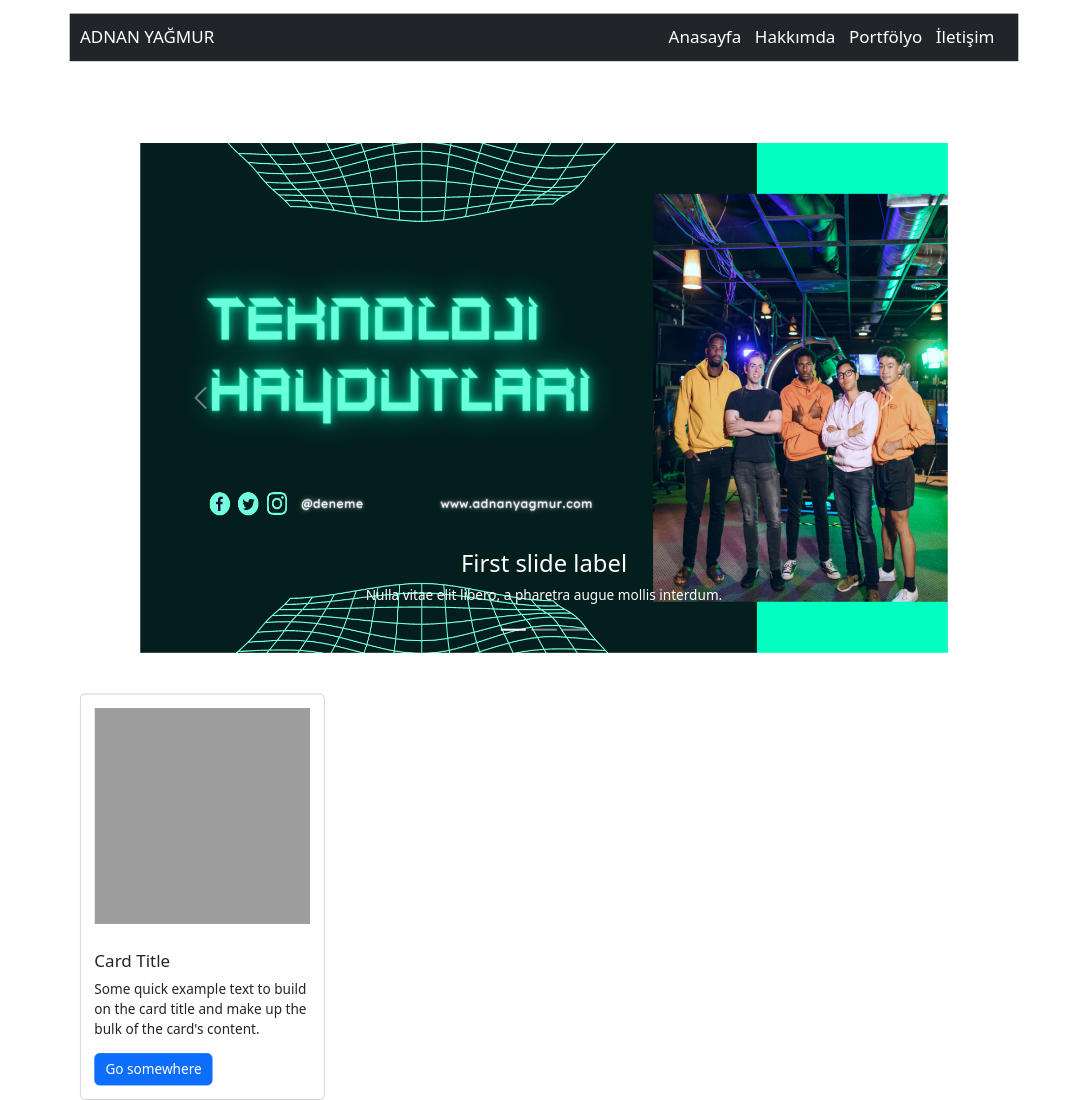
Repository: adnanyagmur/react-bootstrap-example
Page: /
The author's editor kept a copy of each file at every save. The page is drawn from the files as they stood at one save, then again after the next save.
The browser window is 1280 px wide. The pictures show the whole page, at 85% of full size.
Pictures or frames that could not be fetched are drawn as grey boxes. The project was rebuilt for these pictures with package versions that can differ from the ones it lists, and the page was loaded fresh each time.

Above is the page before, as saved 2022-06-29 11:18:57.

### src/index.js
import React from 'react';
import ReactDOM from 'react-dom/client';
import '../node_modules/bootstrap/dist/css/bootstrap.min.css';
import SSRProvider from 'react-bootstrap/SSRProvider';
import App from './App';


const root = ReactDOM.createRoot(document.getElementById('root'));
root.render(
  <React.StrictMode>
  <SSRProvider>
  <App />
</SSRProvider>
  </React.StrictMode>
);

### src/App.js
import  Appbar  from "./appComponents/Appbar.jsx";
import AppContainer from "./appComponents/AppContainer.jsx";
import Slider from "./appComponents/Slider.jsx";

function App() {

 return (
 <div className="container">

  <div>
<Appbar></Appbar>
</div>
<div>
<Slider></Slider>
</div>
<div>
  <AppContainer></AppContainer>
</div>
  </div>
  );
}

export default App;

### src/appComponents/Appbar.jsx

const Appbar =()=>{

    return(
        <>
  <nav className="navbar navbar-dark bg-dark mb-5 mt-3">
  <div className="container-fluid">
    <a href="/" className="navbar-brand">ADNAN YAĞMUR</a>
    <form className="d-flex" role="search">
    <a href="/" className="navbar-brand">Anasayfa</a>
    <a href="/" className="navbar-brand">Hakkımda</a>
    <a href="/" className="navbar-brand">Portfölyo</a>
    <a href="/" className="navbar-brand">İletişim</a>

    </form>
  </div>
</nav>

</>
    )
}

export default Appbar;

### src/appComponents/AppContainer.jsx
import {Container,Card,Button, Row} from "react-bootstrap"

const AppContainer = () => {

    return (
       <Container>
        <Row></Row>
            <Card style={{ width: '18rem' }}>

                <Card.Img className="p-3" variant="top" src="https://picsum.photos/200/200" />

                <Card.Body>
                    <Card.Title>Card Title</Card.Title>
                    <Card.Text>
                        Some quick example text to build on the card title and make up the bulk of
                        the card's content.
                    </Card.Text>
                    <Button variant="primary">Go somewhere</Button>
                </Card.Body>
            </Card>
            </Container>


    )
}

export default AppContainer;

### src/appComponents/Slider.jsx
import { Carousel, Col, Container, Row, } from "react-bootstrap"
import Logo1 from "../assets/Logo1.png";
import Logo2 from "../assets/Logo2.png";
import Logo3 from "../assets/Logo3.png";

const Slider = () => {

  return (

  <Container className="p-5">
    <Row>
      <Col></Col>
      <Col>
        <Carousel style={{ width: "950px" }}>
          <Carousel.Item interval={1000}>
            <img
              className="d-block w-100"
              src={Logo1}
              alt="First slide"
              height="600"
            />
            <Carousel.Caption>
              <h3>First slide label</h3>
              <p>Nulla vitae elit libero, a pharetra augue mollis interdum.</p>
            </Carousel.Caption>
          </Carousel.Item>
          <Carousel.Item interval={1000}>
            <img
              className="d-block w-100"
              src={Logo2}
              alt="Second slide"
              height="600"
            />
            <Carousel.Caption>
              <h3>Second slide label</h3>
              <p>Lorem ipsum dolor sit amet, consectetur adipiscing elit.</p>
            </Carousel.Caption>
          </Carousel.Item>
          <Carousel.Item interval={1000}>
            <img
              className="d-block w-100"
              src={Logo3}
              alt="Third slide"
              height="600"
            />
            <Carousel.Caption>
              <h3>Third slide label</h3>
              <p>Praesent commodo cursus magna, vel scelerisque nisl consectetur.</p>
            </Carousel.Caption>
          </Carousel.Item>
        </Carousel>
      </Col>
      <Col>
      </Col>
    </Row>
  </Container>

  )
}
export default Slider;

Loaded but not shown: public/index.html (common file)

After the next save:
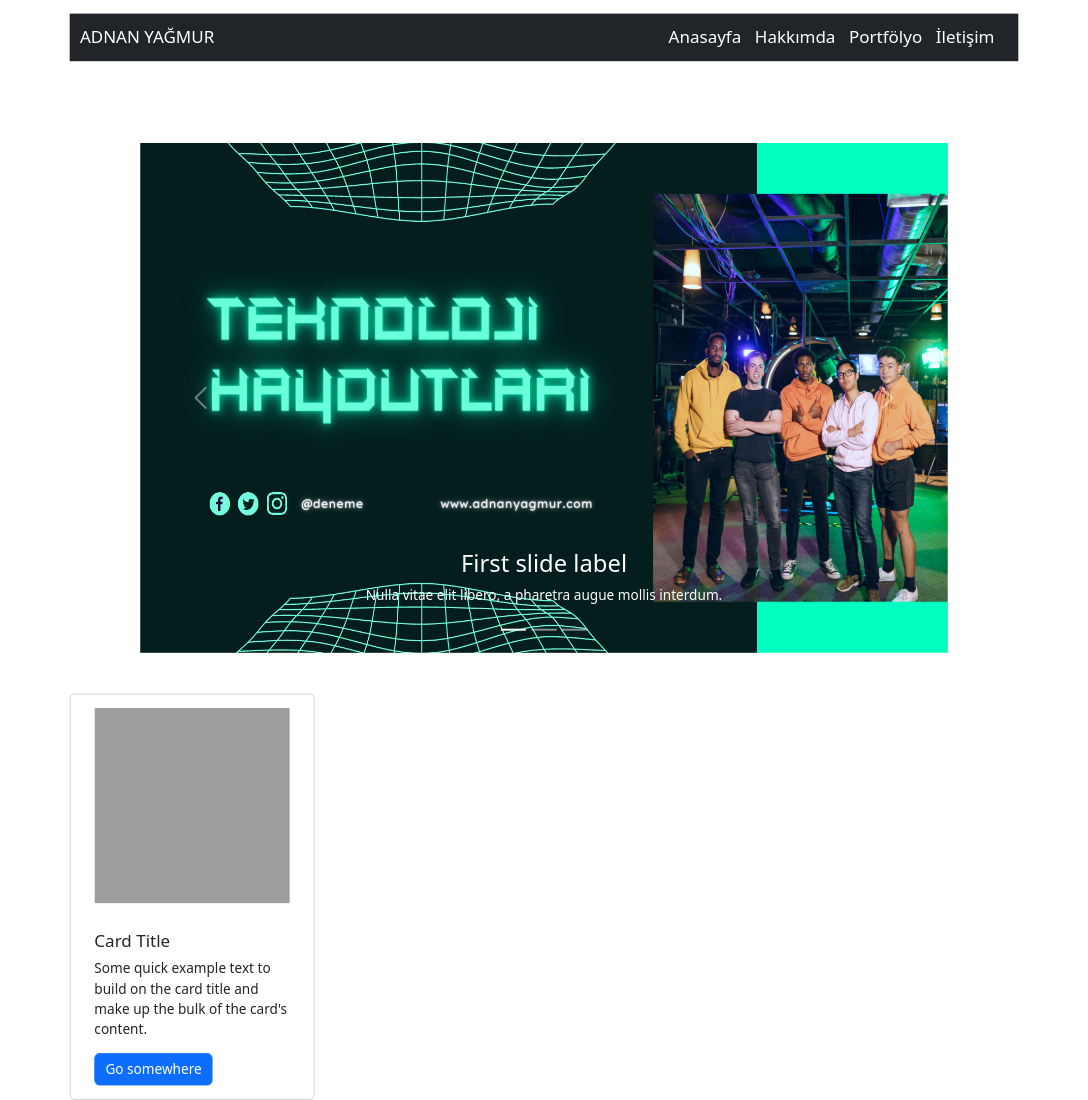
Saved 26 s later.
--- a/src/appComponents/AppContainer.jsx
+++ b/src/appComponents/AppContainer.jsx
@@ -5,6 +5,7 @@ const AppContainer = () => {
     return (
        <Container>
         <Row></Row>
+        <Row>
             <Card style={{ width: '18rem' }}>
 
                 <Card.Img className="p-3" variant="top" src="https://picsum.photos/200/200" />
@@ -18,6 +19,7 @@ const AppContainer = () => {
                     <Button variant="primary">Go somewhere</Button>
                 </Card.Body>
             </Card>
+            </Row>
             </Container>
 
 
